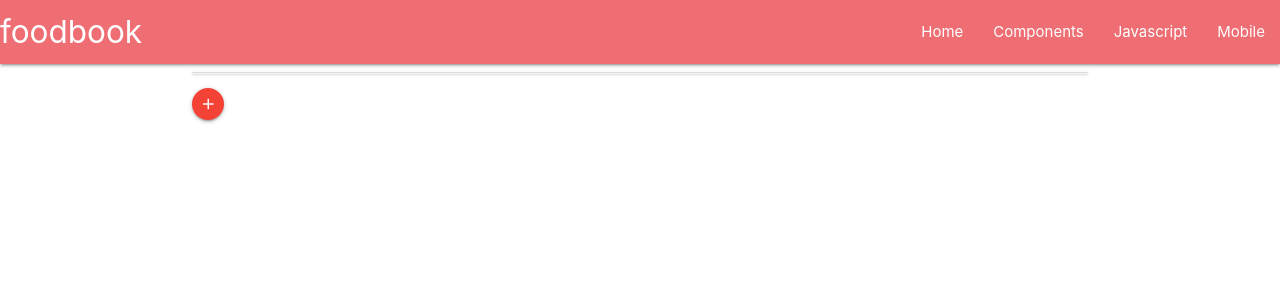
Repository: neillarkin/atari-app
Page: http://localhost/
The author's editor kept a record of every edit. The page is drawn from the files as they stood at one moment, then again after the next edit.
The browser window is 1280 px wide. The pictures show the whole page.
The page is served by the project's application, run on Flask 3 (run.py). Queries for data that is not in the repository find no rows.

Above is the page before.

After the next edit:
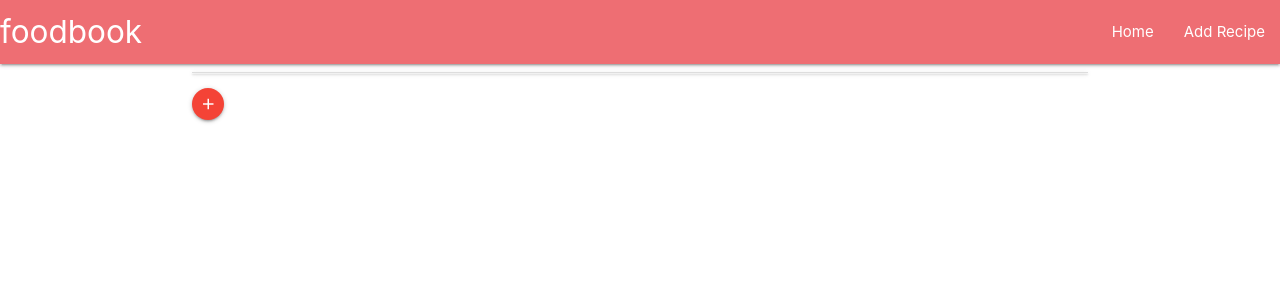
The edit:
--- a/templates/base.html
+++ b/templates/base.html
@@ -17,15 +17,11 @@
                 <a href="#" data-target="mobile-demo" class="sidenav-trigger"><i class="material-icons">menu</i></a>
                 <ul class="right hide-on-med-and-down">
                     <li><a href="{{url_for('get_recipes')}}">Home</a></li>
-                    <li><a href="badges.html">Components</a></li>
-                    <li><a href="collapsible.html">Javascript</a></li>
-                    <li><a href="mobile.html">Mobile</a></li>
+                    <li><a href="{{url_for('add_recipe')}}">Add Recipe</a></li>
                 </ul>
                 <ul class="sidenav" id="mobile-demo">
-                    <li><a href="sass.html">Sass</a></li>
-                    <li><a href="badges.html">Components</a></li>
-                    <li><a href="collapsible.html">Javascript</a></li>
-                    <li><a href="mobile.html">Mobile</a></li>
+                    <li><a href="{{url_for('get_recipes')}}">Home</a></li>
+                    <li><a href="{{url_for('add_recipe')}}">Add Recipe</a></li>
                 </ul>
             </div>
         </nav>
